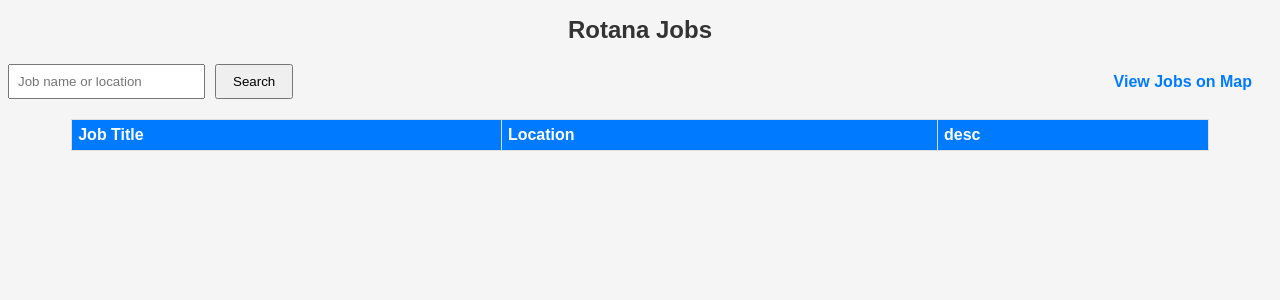
Repository: Reham28/RotanaJobs
Page: public/index.html
These files come from the project's save history. The page is drawn as it stood at one moment and after the next save; the edit follows.
The browser window is 1280 px wide. The pictures show the whole page.
The page's requests for data from a server got no answer.

Above is the page before, as saved 2023-09-16 23:25:29.

After the next save:
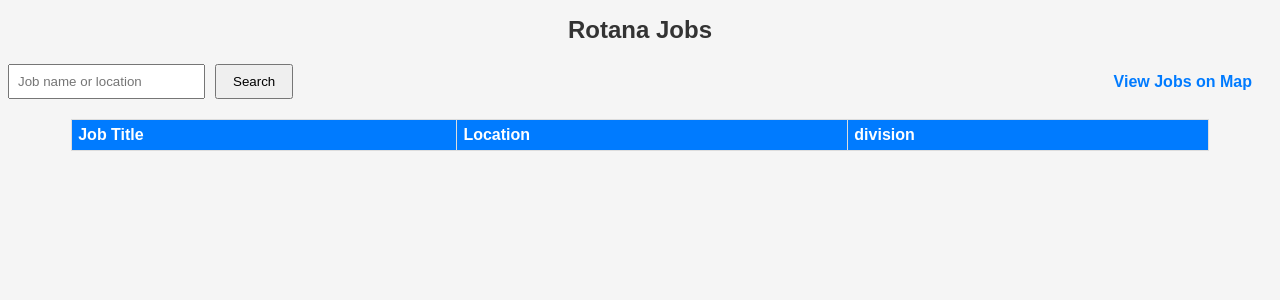
Saved 7 s later.
--- a/public/index.html
+++ b/public/index.html
@@ -25,7 +25,7 @@
       <tr>
         <th>Job Title</th>
         <th>Location</th>
-        <th>desc</th>
+        <th>division</th>
       </tr>
     </thead>
     <tbody></tbody>
